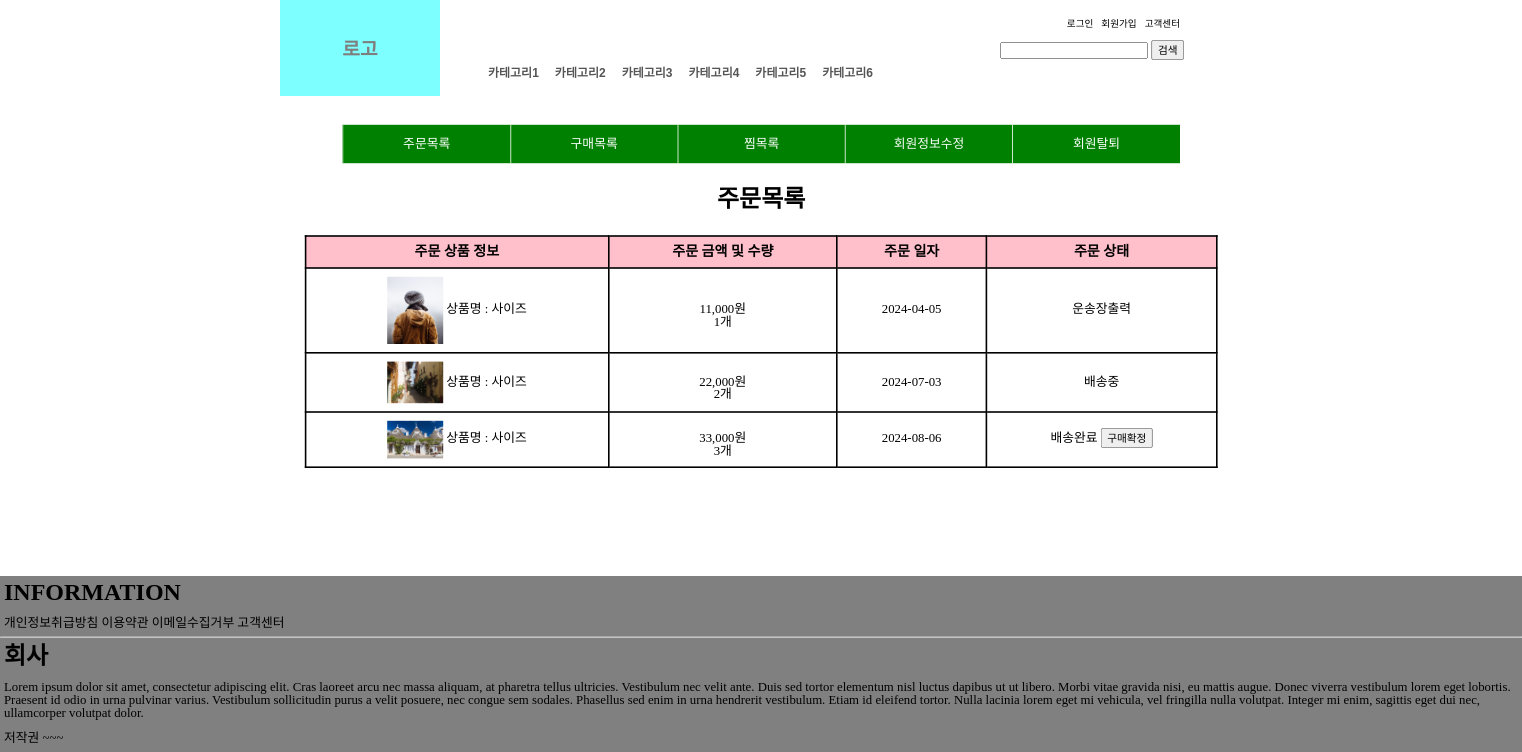
Repository: kosu0703/project
Page: http://localhost/Shop/WEB-INF/views/mypage/mypage_page.jsp
These files come from the project's save history. The page is drawn as it stood at one moment and after the next save; the edit follows.
The browser window is 1280 px wide. The page is 1903 px wide, so the pictures cover 1903 px, including what lies to the right of the window. The pictures show the whole page, at 80% of full size.
Some web libraries are served in a nearby version. The page is served by Tomcat 9. Nobody is signed in. Other server files are loaded and not shown. The template is opened directly, without the code that normally fills it, so the values that code supplies are empty.

Above is the page before, as saved 2024-04-02 08:58:30.

### Shop/Shop/src/main/webapp/WEB-INF/views/mypage/mypage_page.jsp
<%@ page language="java" contentType="text/html; charset=UTF-8"
	pageEncoding="UTF-8"%>
<%@ taglib uri="http://java.sun.com/jsp/jstl/core" prefix="c"%>
<!DOCTYPE html>
<html>
<head>
<meta charset="UTF-8" />
<meta name="viewport" content="width=device-width, initial-scale=1.0" />

<link href="<c:url value="/resources/css/common.css"/>" rel='stylesheet' />
<link href="<c:url value="/resources/css/orderlist_page.css"/>" rel='stylesheet' />


<title>마이페이지</title>
</head>
<body>
	   <%@ include file="../common/header.jsp" %>



	<section>

<!--===============================================================================  -->

		<div class="div">
			<br>
			<ul>
				<li><a href="#">주문목록</a></li>
				<li><a href="#">구매목록</a></li>
				<li><a href="#">찜목록</a></li>
				<li><a href="#">회원정보수정</a></li>
				<li><a href="#">회원탈퇴</a></li>
			</ul>

			<h2>주문목록</h2>

			<table class="table">
				<thead>
	 				<tr>
		 				<th>주문 상품 정보</th>
		 				<th>주문 금액 및 수량</th>
		 				<th>주문 일자</th>
		 				<th>주문 상태</th>
	 				</tr>
	 			</thead>
	 			<tbody>
	 				<tr>
		 				<td><img src="resources/images/img01.jpg" width="70px"> 상품명 : 사이즈</td>
		 				<td>11,000원<br>1개</td>
		 				<td>2024-04-05</td>
		 				<td>운송장출력</td>
	 				</tr>
	 				<tr>
		 				<td><img src="resources/images/img02.jpg" width="70px"> 상품명 : 사이즈</td>
		 				<td>22,000원<br>2개</td>
		 				<td>2024-07-03</td>
		 				<td>배송중</td>
	 				</tr>
	 				<tr>
		 				<td><img src="resources/images/img03.jpg" width="70px"> 상품명 : 사이즈</td>
		 				<td>33,000원<br>3개</td>
		 				<td>2024-08-06</td>
		 				<td>배송완료 <button onclick="purchase_go()">구매확정</button></td>
	 				</tr>
	 			</tbody>
			</table>

		</div>

<!--===============================================================================  -->


      <%@ include file="../common/footer.jsp" %>
	</section>
</body>
</html>

### Shop/Shop/src/main/webapp/WEB-INF/views/common/header.jsp
<!-- <%@ page language="java" contentType="text/html; charset=UTF-8"
pageEncoding="UTF-8"%>
<%@ taglib uri="http://java.sun.com/jsp/jstl/core"
prefix="c" %> -->
<!DOCTYPE html>
<html>
  <head>
    <meta charset="UTF-8" />
    <meta name="viewport" content="width=device-width, initial-scale=1.0" />
    <script src="https://kit.fontawesome.com/d3367b6d2f.js"></script>
    <title>헤더</title>
  </head>
  <body>
    <header>
      <div class="inner">
        <div class="logo">
          <h1><a href="#">로고</a></h1>
        </div>
        <!-- 로그아웃 유틸 -->
        <div class="util logout_util">
          <ul class="info">
            <li><a href="login_page.do">로그인</a></li>
            <li><a href="signup_page.do">회원가입</a></li>
            <li><a href="board_page.do?u_id="${userVO.u_id }>고객센터</a></li>
          </ul>
        </div>
        <form action="#" class="h_search_form" method="post">
          <input type="text" name="search" id="search" />
          <input type="submit" value="검색" />
        </form>
        <!-- 로그인 유틸 -->
        <div class="util login_util">
          <ul class="info">
            <li>이름</li>
            <li>보유 포인트 :</li>
            <li><a href="logout.do">로그아웃</a></li>
            <li><a href="mypage_page.do?u_id="${userVO.u_id }>마이페이지</a></li>
            <li><a href="basket_page.do?u_id="${userVO.u_id }>장바구니</a></li>
            <li><a href="community_page.do?u_id="${userVO.u_id }>고객센터</a></li>
          </ul>
        </div>

        <div class="gnb_wrappr">
          <ul class="gnb">
            <li class="category">
              <a href="category_page.do?p_category=001">카테고리1</a>
            </li>
            <li class="category">
              <a href="category_page.do?p_category=002">카테고리2</a>
            </li>
            <li class="category">
              <a href="category_page.do?p_category=003">카테고리3</a>
            </li>
            <li class="category">
              <a href="category_page.do?p_category=004">카테고리4</a>
            </li>
            <li class="category">
              <a href="category_page.do?p_category=005">카테고리5</a>
            </li>
            <li class="category">
              <a href="category_page.do?p_category=006">카테고리6</a>
            </li>
          </ul>
        </div>
      </div>

    </header>
  </body>
</html>

### Shop/Shop/src/main/webapp/WEB-INF/views/common/footer.jsp
<!-- <%@ page language="java" contentType="text/html; charset=UTF-8"
pageEncoding="UTF-8"%>
<%@ taglib uri="http://java.sun.com/jsp/jstl/core"
prefix="c" %> -->
<!DOCTYPE html>
<html>
  <head>
    <meta charset="UTF-8" />
    <meta name="viewport" content="width=device-width, initial-scale=1.0" />
    <script src="https://kit.fontawesome.com/d3367b6d2f.js"></script>
    <title>footer</title>
  </head>
  <body>
      <footer>
        <div class="footer_info">
          <h1>INFORMATION</h1>
          <br />
          <a href="#">개인정보취급방침</a>
          <a href="#">이용약관</a>
          <a href="#">이메일수집거부</a>
          <a href="#">고객센터</a>
        </div>
        <hr />
        <div class="footer_cominfo">
          <h1>회사</h1>
          <br />
          <p>
            Lorem ipsum dolor sit amet, consectetur adipiscing elit. Cras
            laoreet arcu nec massa aliquam, at pharetra tellus ultricies.
            Vestibulum nec velit ante. Duis sed tortor elementum nisl luctus
            dapibus ut ut libero. Morbi vitae gravida nisi, eu mattis augue.
            Donec viverra vestibulum lorem eget lobortis. Praesent id odio in
            urna pulvinar varius. Vestibulum sollicitudin purus a velit posuere,
            nec congue sem sodales. Phasellus sed enim in urna hendrerit
            vestibulum. Etiam id eleifend tortor. Nulla lacinia lorem eget mi
            vehicula, vel fringilla nulla volutpat. Integer mi enim, sagittis
            eget dui nec, ullamcorper volutpat dolor.
          </p>
          <br />
          <p>저작권 ~~~</p>
        </div>
      </footer>
    </section>
  </body>
</html>

### Shop/Shop/src/main/webapp/resources/css/common.css
/* 초기화용 reset.css */
@import "./reset.css";
/* 바디 화면 전체 크기 잡아줌*/
body {
  position: relative;
  min-width: 1903px;
  min-height: calc(100vh - 120px);
}

a {
  text-decoration: none;
  color: black;
}
/* 헤더를 맨위에서 따라다니게 */
header {
  position: fixed;
  top: 0px;
  width: 100%;
  min-width: 1903px;
  background-color: white;
  z-index: 999;
}

/* 헤더 내에서 로고, 유틸, 카테고리 배치용 */
header .inner {
  width: 1180px;
  height: 120px;
  /*자식 absolute 요소의 기준점 설정*/
  position: relative;
  left: 300px;
}
/* 로그인 */
header .inner .logout_util {
  /* display: none; */
}
/* 로그아웃 */
header .inner .login_util {
  display: none;
}
/* 로고 */
header .inner .logo {
  position: absolute;
  left: 50px;
  width: 200px;
  height: 100%;
  background-color: aqua;
  opacity: 0.5;
  text-align: center;
}

header .inner .logo > h1 {
  margin: 50px;
  font-weight: bold;
  font-size: 24px;
  font-family: "arial";
}

/* 헤더 우상단 유틸 */
header .inner .util {
  position: absolute;
  top: 20px;
  right: 0px;
}

header .inner .util ul > li {
  margin: 0px 5px;
}

header .inner .h_search_form {
  position: absolute;
  top: 50px;
  right: 0px;
}

header .inner .util .info > li {
  float: left;
}

header .inner .util .search > li {
  float: right;
}

header .inner .util li > a {
  font: 12px "arial";
}

/* 헤더 카테고리 */
header .inner .gnb_wrapper {
  width: 100%;
  height: inherit;
  position: relative;
  display: flex;
  justify-content: center;
}

header .inner .gnb {
  position: absolute;
  bottom: 0px;
  left: 300px;
}

header .inner .gnb .category {
  float: left;
  display: block;
  border-left: none;
}

/* header .inner .gnb .category:nth-of-type(1) {
  border: 1px solid black;
} */

header .inner .gnb .category_detail {
  width: 400px;
  height: 300px;
  display: none;
}

header .inner .gnb .category > a {
  /* 인라인 요소를 block으로 바꿔서 크기 설정 */
  display: block;
  font: bold 15px "arial";
  color: #555;
  padding: 20px 10px;
  text-align: left;
  /* 애니메이션 효과  */
  transition: all 0.5s;
}

header .inner .gnb .category > a:hover {
  background: #555;
  color: #fff;
}

section {
  width: 100%;
  min-height: calc(100vh - 120px);
  padding-top: 120px;
  padding-bottom: 220px;
 }


footer {
  width: 100%;
  height: 220px;
  position: absolute;
  bottom: 0;
  z-index: 10;
  background-color: gray;
}

footer > div {
  margin: 5px;
}

footer > div > h1 {
  font-size: 30px;
  color: black;
  font-weight: bold;
}

### Shop/Shop/src/main/webapp/resources/css/orderlist_page.css
@charset "UTF-8";

.div {
	min-height: 600px;
}

.div>ul {
	list-style-type: none; /* disc 지우기 */
	background-color: green;
	overflow: hidden;
	margin: 20px auto 0px;
	width: 55%;
}

.div>ul>li {
	float: left; /* 한줄로 만들기(옆으로 퍼지기) */
	width: 20%;
	text-align: center;
	border-left: 1px solid white;
}

.div>ul>li>a {
	text-decoration: none; /* 밑줄 지우기 */
	display: block; /* 블록 레벨로 만들기 */
	padding: 16px 50px; /* 상하 , 좌우 너비 지정 */
	color: white; /* 글자색 */
}

/* 마우스를 올렸을때 변화 */
.div>ul>li>a:hover {
	background-color: #333333;
}

.div>h2 {
	margin: 30px auto;
	text-align: center;
	font-size: 30px;
	font-weight: bold;
}

/* ===================================== */

.table {
	width: 60%;
	border: black 2px solid;
	margin: 30px auto;
}

.table th, td {
	border: black 2px solid;
	border-collapse: collapse;
	text-align: center;
	padding: 10px;
}

.table th {
	font-weight: bold;
	background-color: pink;
	font-size: 1.1em;
}

.table img {
	vertical-align: middle;
}

Loaded but not shown: Shop/Shop/src/main/webapp/resources/css/reset.css (common file)

After the next save:
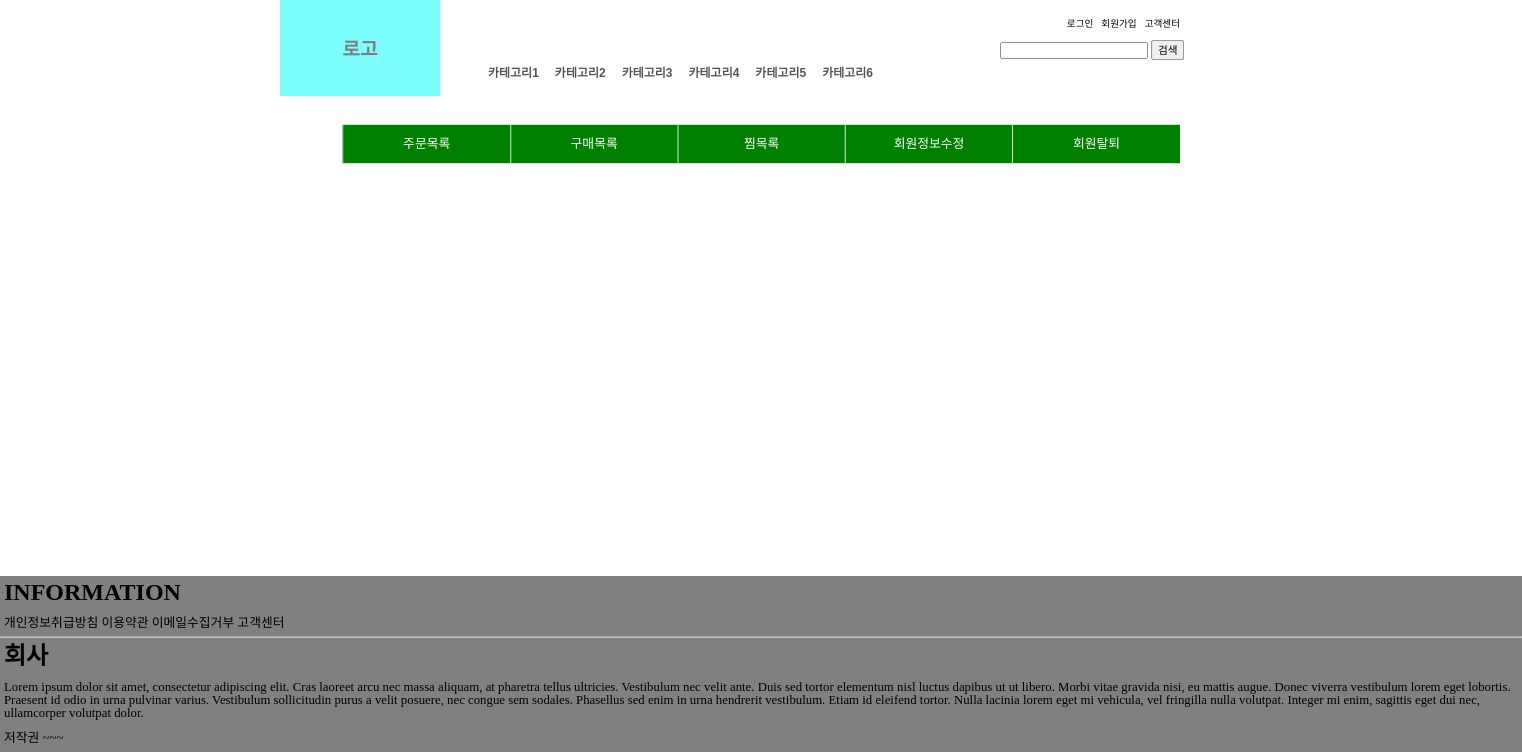
Saved 6 s later.
--- a/Shop/Shop/src/main/webapp/WEB-INF/views/mypage/mypage_page.jsp
+++ b/Shop/Shop/src/main/webapp/WEB-INF/views/mypage/mypage_page.jsp
@@ -31,40 +31,6 @@
 				<li><a href="#">회원정보수정</a></li>
 				<li><a href="#">회원탈퇴</a></li>
 			</ul>
-
-			<h2>주문목록</h2>
-
-			<table class="table">
-				<thead>
-	 				<tr>
-		 				<th>주문 상품 정보</th>
-		 				<th>주문 금액 및 수량</th>
-		 				<th>주문 일자</th>
-		 				<th>주문 상태</th>
-	 				</tr>
-	 			</thead>
-	 			<tbody>
-	 				<tr>
-		 				<td><img src="resources/images/img01.jpg" width="70px"> 상품명 : 사이즈</td>
-		 				<td>11,000원<br>1개</td>
-		 				<td>2024-04-05</td>
-		 				<td>운송장출력</td>
-	 				</tr>
-	 				<tr>
-		 				<td><img src="resources/images/img02.jpg" width="70px"> 상품명 : 사이즈</td>
-		 				<td>22,000원<br>2개</td>
-		 				<td>2024-07-03</td>
-		 				<td>배송중</td>
-	 				</tr>
-	 				<tr>
-		 				<td><img src="resources/images/img03.jpg" width="70px"> 상품명 : 사이즈</td>
-		 				<td>33,000원<br>3개</td>
-		 				<td>2024-08-06</td>
-		 				<td>배송완료 <button onclick="purchase_go()">구매확정</button></td>
-	 				</tr>
-	 			</tbody>
-			</table>
-
 		</div>
 
 <!--===============================================================================  -->
